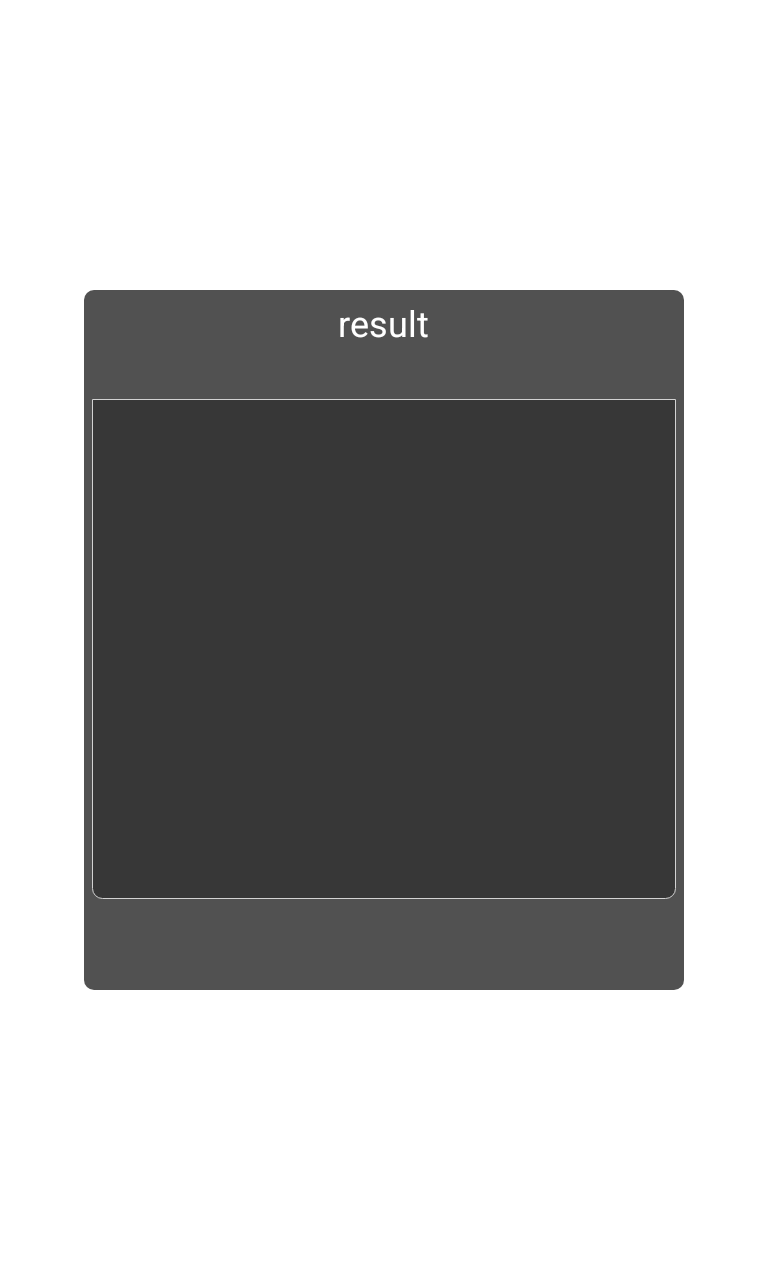
Repository: Kitsopappas/QBIReader
Layout: QBIReader/res/layout/activity_res.xml
An editor plug-in stored every save of this project. The layout is shown before and after the next save, followed by the edit.
It is drawn on a 768 x 1280 px phone screen (xhdpi) without system bars, with theme android:Theme.Translucent.NoTitleBar; the app's code is not run.

Above is the layout before, as saved 2015-03-19 15:22:13.

After the next save:
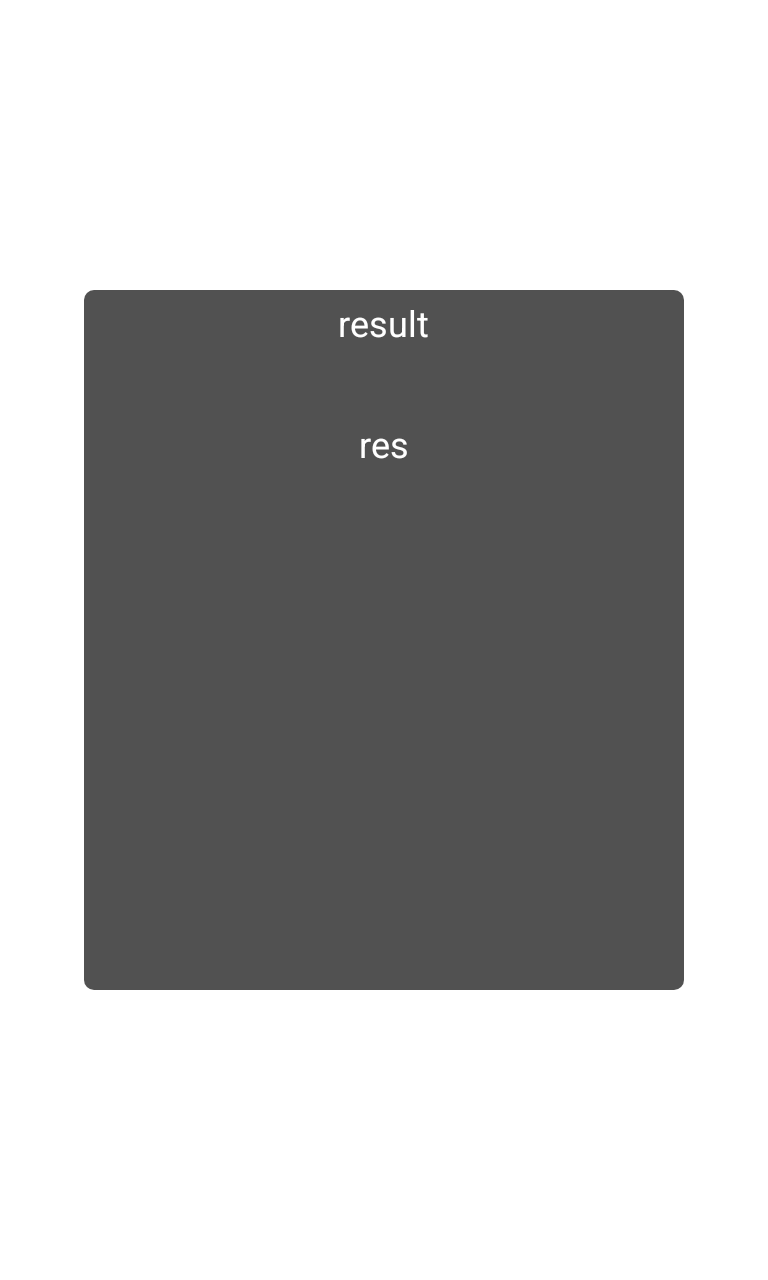
Saved 28 s later.
--- a/QBIReader/res/layout/activity_res.xml
+++ b/QBIReader/res/layout/activity_res.xml
@@ -26,18 +26,16 @@
             android:text="result"
             android:textAppearance="?android:attr/textAppearanceMedium" />
 
-        <EditText
-            android:id="@+id/text"
-            android:layout_width="match_parent"
-            android:layout_height="250dp"
+        <TextView
+            android:id="@+id/textView2"
+            android:layout_width="wrap_content"
+            android:layout_height="wrap_content"
             android:layout_below="@+id/textView1"
             android:layout_centerHorizontal="true"
-            android:layout_marginTop="26dp"
-            android:background="@drawable/text_field_custom"
-            android:ems="10"
-            android:gravity="top"
-            android:inputType="textMultiLine"
-            android:textCursorDrawable="@drawable/cursor_color" />
+            android:layout_marginTop="36dp"
+            android:text="res"
+            android:textAppearance="?android:attr/textAppearanceMedium" />
+
     </RelativeLayout>
 
 </RelativeLayout>
